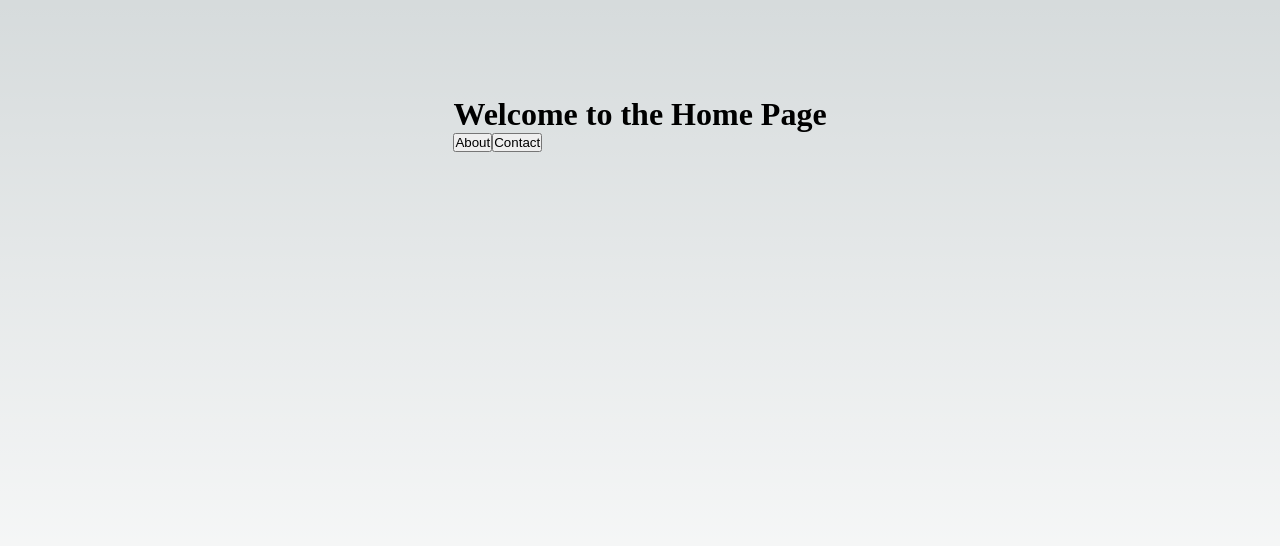
Repository: SanlyLp/assignment-1-playwright-site-a01182379
Page: /
These files come from the project's save history. The page is drawn as it stood at one moment and after a run of saves; the edit follows.
The browser window is 1280 px wide. The pictures show the whole page.
The project was rebuilt for these pictures with package versions that can differ from the ones it lists, and the page was loaded fresh each time. The framework's server and built-in components were replaced by stand-ins that run in the browser. Also part of the build but not shown: next.config.js.

Above is the page before, as saved 2023-02-05 19:36:24.

After the next 3 saves:
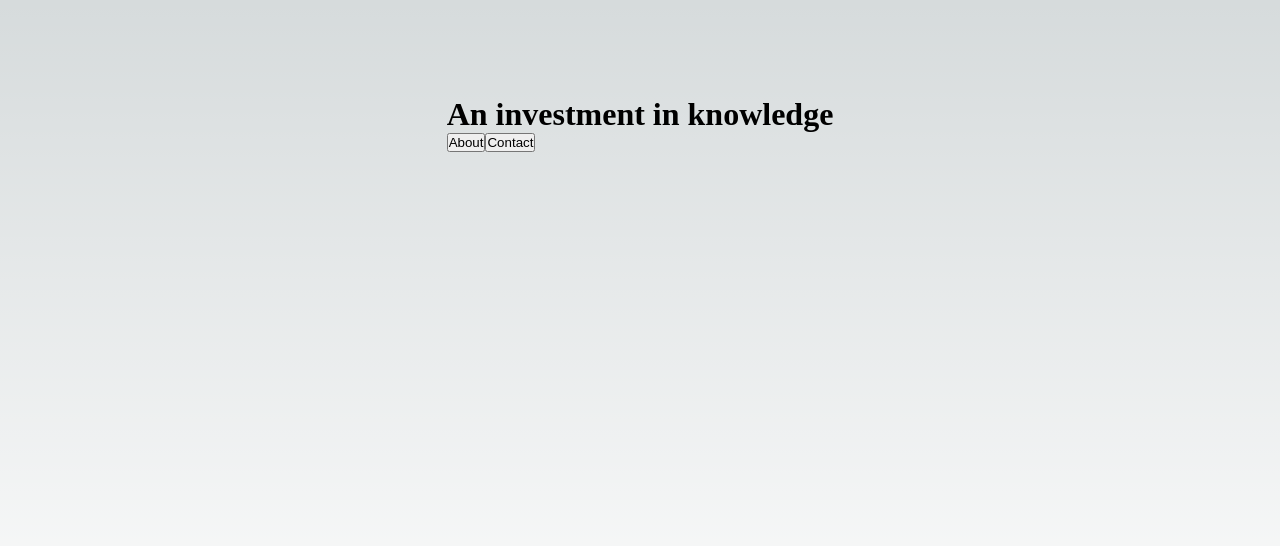
The 3 saves are shown as one change because they came seconds apart.
The last was saved 9 min 2 s later.
--- a/pages/index.js
+++ b/pages/index.js
@@ -17,7 +17,9 @@ export default function Home() {
       </Head>
       <main className={styles.main}>
         <div>
-          <h1>Welcome to the Home Page</h1>
+          <h1>An investment in knowledge
+
+          </h1>
           <Link href="/about">
             <button>About</button>
           </Link>
